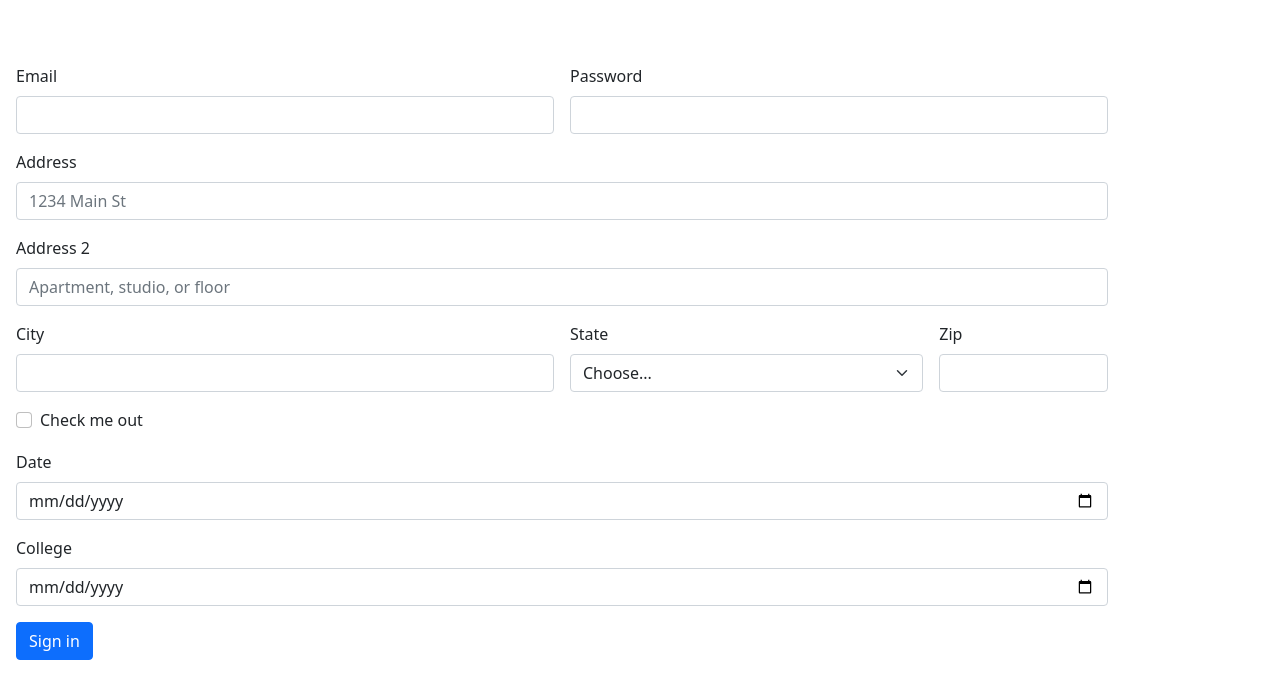
Repository: arbazkhanmadani/Spring-MVC-Work
Page: http://localhost/spring-mvc/WEB-INF/views/complexForm.jsp
An editor plug-in stored every save of this project. The page is shown before and after the next save, followed by the edit.
The browser window is 1280 px wide. The pictures show the whole page.
The page is served by Tomcat 9. Nobody is signed in. The template is opened directly, without the code that normally fills it, so the values that code supplies are empty.

Above is the page before, as saved 2024-07-03 12:15:15.

After the next save:
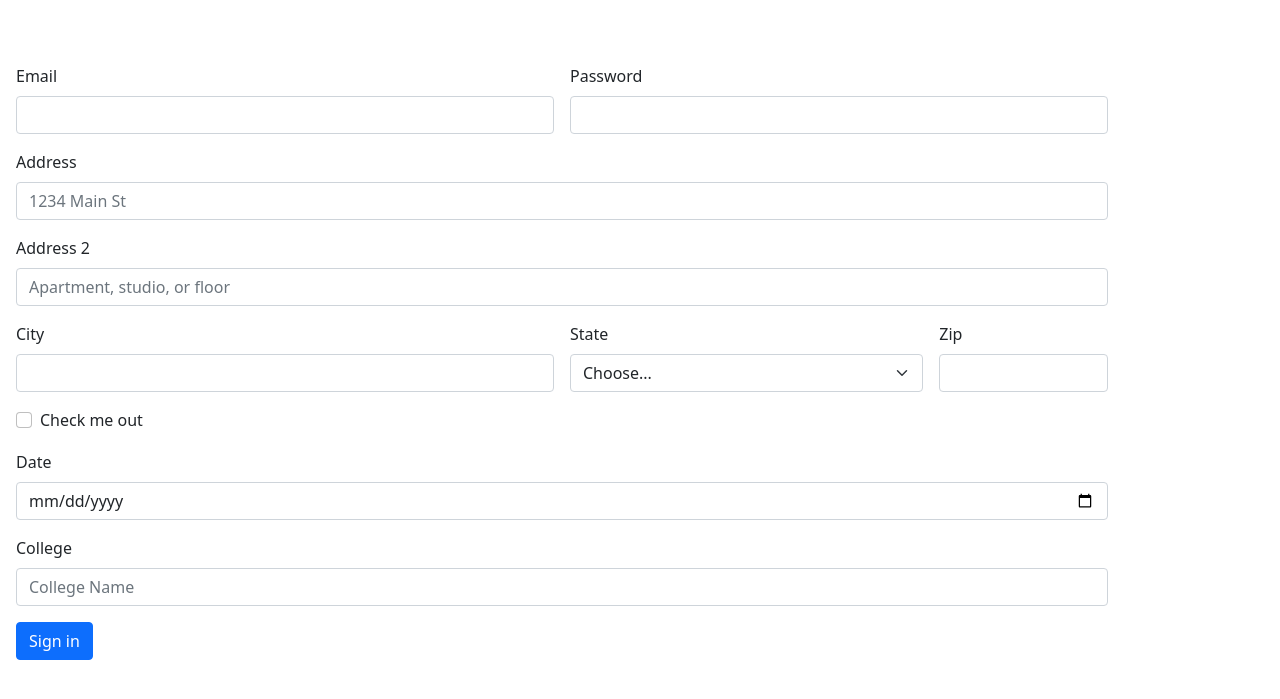
Saved 5 s later.
--- a/spring-mvc/src/main/webapp/WEB-INF/views/complexForm.jsp
+++ b/spring-mvc/src/main/webapp/WEB-INF/views/complexForm.jsp
@@ -61,7 +61,7 @@
 
   <div class="col-12">
     <label for="inputAddress2" class="form-label">College</label>
-    <input type="date" name="clg.collegeName" class="form-control" id="inputAddress2" placeholder="College Name">
+    <input type="text" name="clg.collegeName" class="form-control" id="inputAddress2" placeholder="College Name">
   </div>
 
   <div class="col-12">
